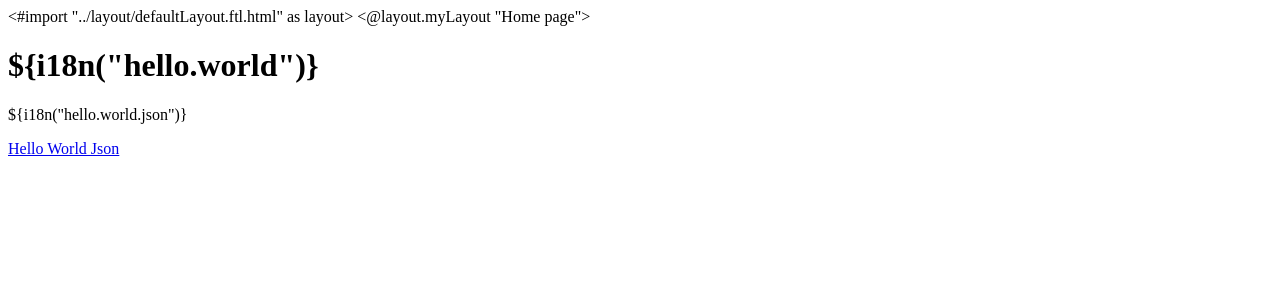
Repository: JavaProgrammerLB/JavaNinja
Page: firstNinjaProject/src/main/java/views/ApplicationController/index.ftl.html
An editor plug-in stored every save of this project. The page is shown before and after the next save, followed by the edit.
The browser window is 1280 px wide. The pictures show the whole page.

Above is the page before, as saved 2015-05-24 14:39:29.

### firstNinjaProject/src/main/java/views/ApplicationController/index.ftl.html
<#import "../layout/defaultLayout.ftl.html" as layout>
<@layout.myLayout "Home page">


<h1>${i18n("hello.world")}</h1>
<p>${i18n("hello.world.json")}</p>
<a href="/hello_world.json">Hello World Json</a>
<a href="/hello_world_from_liubei"



</@layout.myLayout>

After the next save:
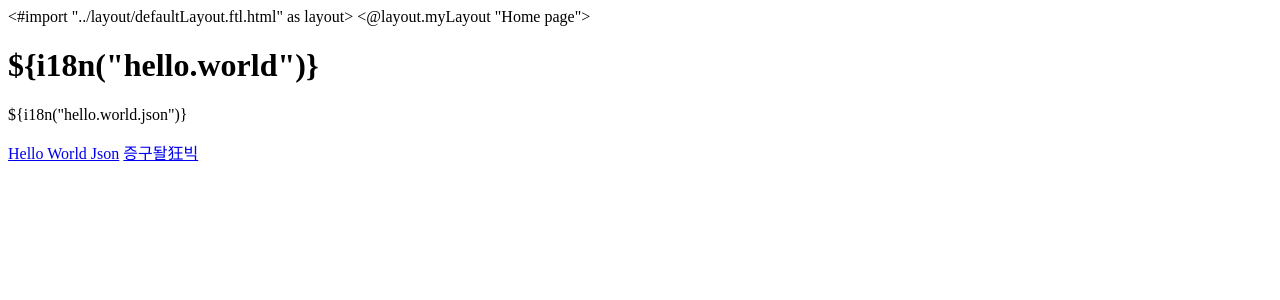
Saved 14 s later.
--- a/firstNinjaProject/src/main/java/views/ApplicationController/index.ftl.html
+++ b/firstNinjaProject/src/main/java/views/ApplicationController/index.ftl.html
@@ -5,7 +5,7 @@
 <h1>${i18n("hello.world")}</h1>
 <p>${i18n("hello.world.json")}</p>
 <a href="/hello_world.json">Hello World Json</a>
-<a href="/hello_world_from_liubei"
+<a href="/hello_world_from_liubei">증구돨狂빅</a>
 
 
 
